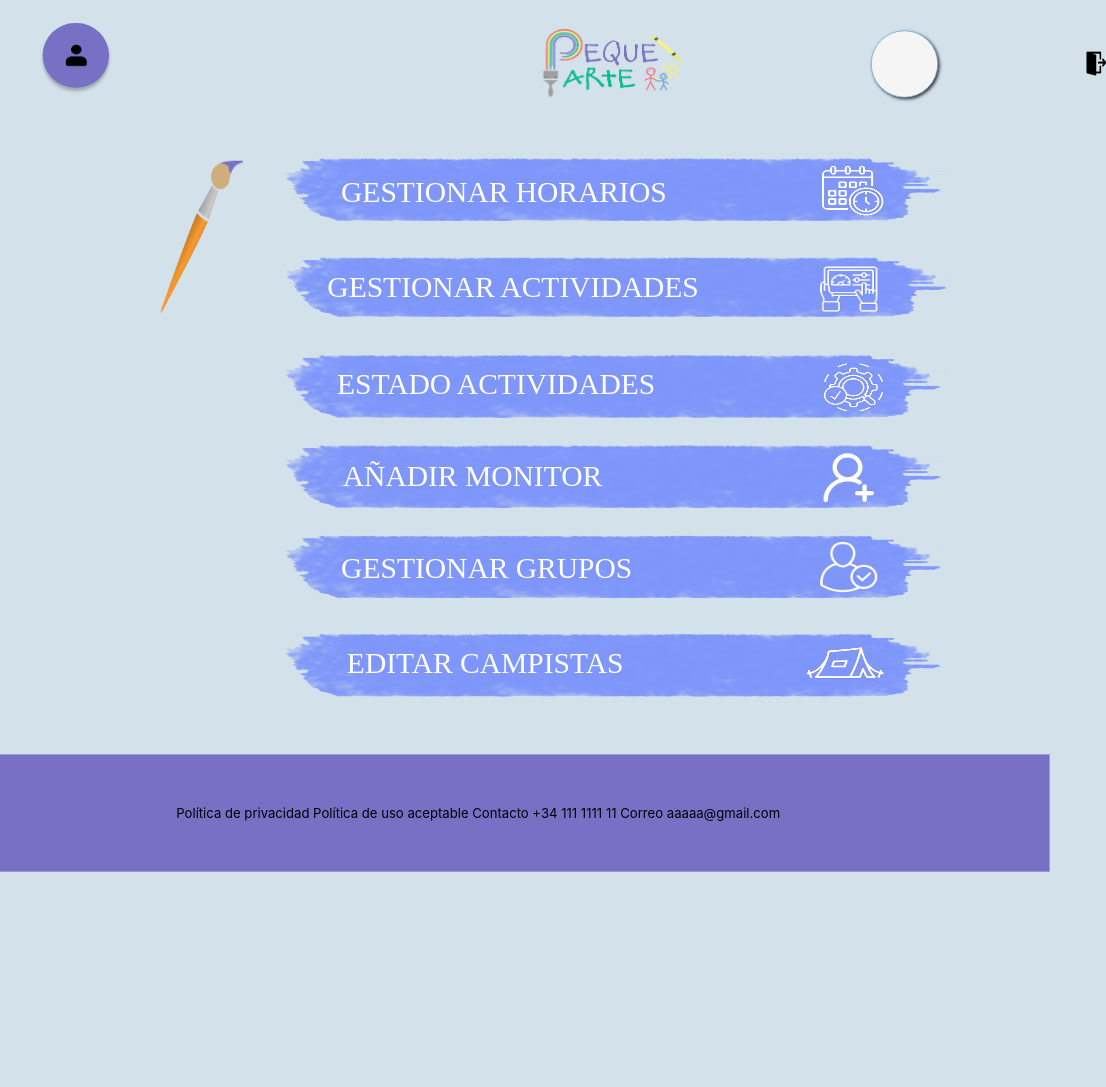
Repository: maariadomiingo/Proyecto-Integrador-Campamento
Page: html/interfaz_coordinador.html
An editor plug-in stored every save of this project. The page is shown before and after the next save, followed by the edit.
The browser window is 1280 px wide. The page is 1349 px wide, so the pictures cover 1349 px, including what lies to the right of the window. The pictures show the whole page, at 82% of full size.

Above is the page before, as saved 2025-02-05 11:46:47.

### html/interfaz_coordinador.html
<!DOCTYPE html>
<html lang="es">
  <head>
    <meta charset="UTF-8" />
    <meta name="viewport" content="width=device-width, initial-scale=1.0" />
    <title>Documento</title>
    <link rel="stylesheet" href="../css/interfaz_coordinador.css" />
  </head>
  <body>
    <div class="contenedor">
      <div class="fondo"></div>
      <div class="circulo"></div>
      <img class="icono-usuario" src="../img/user.png" />
      <div class="circulo-salir"></div>
      <img class="icono-salir" src="../img/cerrar-sesion.png" />
      <div class="pie-de-pagina"></div>
      <div class="texto-pie-de-pagina">
        Política de privacidad Política de uso aceptable Contacto +34 111 1111
        11 Correo aaaaa@gmail.com
      </div>
      <div class="div-vacio"></div>
      <img class="trazo-pincel-1" src="../img/trazo-pincel.png" />
      <img class="trazo-pincel-2" src="../img/trazo-pincel.png" />
      <img class="trazo-pincel-3" src="../img/trazo-pincel.png" />
      <div class="agregar-monitor">
        <div class="texto-agregar-monitor">AÑADIR MONITOR</div>
      </div>
      <img class="icono-añadirMonitor" src="../img/anadir.png" />

      <img class="icono-estado-actividades" src="../img/actividades.png" />
      <img class="trazo-pincel-4" src="../img/trazo-pincel.png" />
      <div class="estado-actividades">
        <div class="texto-estado-actividades">ESTADO ACTIVIDADES</div>

      </div>


      <div class="gestionar-actividades">
        <img class="trazo-pincel-5" src="../img/trazo-pincel.png" />
        <div class="texto-gestionar-actividades">GESTIONAR ACTIVIDADES</div>
       </div>
       <img class="icono-actividades" src="../img/administrar.png" />

      <img class="imagen-rotada" src="../img/pincel.png" />
      <div class="div-vacio-2"></div>

<!--       GESTIONAR HORARIOS-->
       <img class="trazo-pincel-6" src="../img/trazo-pincel.png" class="imagen-horarios" />
      <div class="gestionar-horarios">
        <div class="texto-gestionar-horarios">GESTIONAR HORARIOS</div>
      </div>
      <img class="icono-horario" src="../img/calendario.png" />

      <img class="logo" src="../img/logo sin fondo.png" />
      <img class="icono-campistas" src="../img/campistas.png" />

      <div class="editar-campistas">EDITAR CAMPISTAS</div>

      <div class="gestionar-grupos">GESTIONAR GRUPOS</div>
      <img class="icon-gestionarGrupos" src="../img/pasarlista.png" />
      </div>
    </div>
  </body>
</html>

### css/interfaz_coordinador.css
body {
  margin: 0;
  padding: 0;
  font-family: Arial, sans-serif;
  background: #D3E1EB;
  width: 100%; /* Ocupa el 100% del ancho de la pantalla */
  overflow-x: hidden; /* Evita el desplazamiento horizontal */
}

.circulo {
  width: 81px;
  height: 79px;
  left: 52px;
  top: 28px;
  position: absolute;
  background: #7770C5;
  box-shadow: 0px 4px 4px rgba(0, 0, 0, 0.25);
  border-radius: 9999px;
}

.icono-usuario {
  width: 34px;
  height: 31px;
  left: 76px;
  top: 52px;
  position: absolute;
}

.circulo-salir {
  width: 80px;
  height: 80px;
  left: 83%;
  top: 37px;
  position: absolute;
  /* #F5F5F5; */
  background: #F5F5F5;
  box-shadow: 2px 2px 4px rgba(0, 0, 0, 0.75);
  border-radius: 9999px;
  border: 1px #7AB3D7 solid;
}

.icono-salir {
  width: 24px;
  height: 29px;
  left: 1325px;
  top: 63px;
  position: absolute;
}

.pie-de-pagina {
  width: 100%; /* Ajusta el ancho al 100% del viewport */
  height: 143px;
  left: 0px;
  top: 920px;
  position: absolute;
  background: #7770C5;
}

.texto-pie-de-pagina {
  width: 1009px;
  left: 215px;
  top: 982px;
  position: absolute;
  color: black;
  font-size: 16px;
  font-family: Inter;
  font-weight: 400;
  word-wrap: break-word;
}

.div-vacio {
  width: 407px;
  height: 125px;
  left: 187px;
  top: 300px;
  position: absolute;
}

.trazo-pincel-1,
.trazo-pincel-2,
.trazo-pincel-3,
.trazo-pincel-4,
.trazo-pincel-5,
.trazo-pincel-6 {
  width: 940px;
  height: 400px;
  left: 288px;
  position: absolute;
}

.trazo-pincel-1 { top: 630px; }
.trazo-pincel-2 { top: 510px; }
.trazo-pincel-3 { top: 400px; }
.trazo-pincel-4 { top: 290px; }
.trazo-pincel-5 { top: 510px; }
.trazo-pincel-6 { top: 50px; }

.agregar-monitor {
  width: 955px;
  height: 110px;
  left: 281px;
  top: 516px;
  position: absolute;
}

.agregar-monitor img {
  width: 955px;
  height: 114px;
  left: 0px;
  top: 0px;
  position: absolute;
}

.texto-agregar-monitor {
  width: 455px;
  height: 17.65px;
  left: 137px;
  top: 44px;
  position: absolute;
  color: white;
  font-size: 36px;
  font-family: Montserrat;
  font-weight: 500;
  word-wrap: break-word;
}

.estado-actividades {
  width: 955px;
  height: 114px;
  left: 284px;
  top: 402px;
  position: absolute;
}

.estado-actividades img {
  width: 955px;
  height: 114px;
  left: 0px;
  top: 0px;
  position: absolute;
}

.texto-estado-actividades {
  width: 533px;
  height: 18.30px;
  left: 127px;
  top: 46.41px;
  position: absolute;
  color: white;
  font-size: 36px;
  font-family: Montserrat;
  font-weight: 500;
  word-wrap: break-word;
}

.gestionar-actividades {
  width: 948px;
  height: 134px;
  left: 288px;
  top: 268px;
  position: relative;
}

.gestionar-actividades img {
  width: 948px;
  height: 380px;
  left: 0px;
  top: -90px;
  position: absolute;
}

.texto-gestionar-actividades {
  width: 566.81px;
  height: 21.51px;
  left: 111.19px;
  top: 61.17px;
  position: absolute;
  color: white;
  font-size: 36px;
  font-family: Montserrat;
  font-weight: 500;
  word-wrap: break-word;
}

.imagen-rotada {
  width: 100px;
  height: 185px;
  left: 296px;
  top: 381px;
  position: absolute;
  transform: rotate(180deg);
  transform-origin: 0 0;
}

.div-vacio-2 {
  width: 651px;
  height: 863px;
  left: 670px;
  top: 463px;
  position: absolute;
}

.gestionar-horarios {
  width: 962px;
  height: 128px;
  left: 288px;
  top: 152px;
  position: absolute;
}

.gestionar-horarios img {
  width: 962px;
  height: 128px;
  left: 0px;
  top: 0px;
  position: absolute;
}

.imagen-horarios {
  width: 26px;
  height: 256px;
  left: 674.91px;
  top: 44.25px;
  position: absolute;
}

.texto-gestionar-horarios {
  width: 584.25px;
  height: 20.54px;
  left: 127.93px;
  top: 60.84px;
  position: absolute;
  color: white;
  font-size: 36px;
  font-family: Montserrat;
  font-weight: 500;
  word-wrap: break-word;
}

.icono-horario {
  width: 80px;
  height: 65px;
  left: 1000px;
  top: 200px;
  position: absolute;
}

.icono-actividades {
  width: 80px;
  height: 65px;
  left: 1000px;
  top: 440px;
  position: absolute;
}

.icono-gestionar {
  width: 80px;
  height: 65px;
  left: 1000px;
  top: 200px;
  position: absolute;
}

.icono-estado-actividades {
  width: 70px;
  height: 55px;
  left: 1000px;
  top: 325px;
  position: absolute;
  z-index: 1;
}

.icono-añadirMonitor {
  width: 70px;
  height: 65px;
  left: 1000px;
  top: 550px;
  position: absolute;
}

.icon-gestionarGrupos {
  width: 70px;
  height: 63px;
  left: 1000px;
  top: 660px;
  position: absolute;
}

.logo {
  width: 194px;
  height: 103px;
  left: 647px;
  top: 25px;
  position: absolute;
}

.icono-campistas {
  width: 95px;
  height: 80px;
  left: 983px;
  top: 768px;
  position: absolute;
}

.div-vacio-3 {
  width: 100px;
  height: 100px;
  left: 646px;
  top: 210px;
  position: absolute;
}

.editar-campistas {
  width: 455px;
  height: 60px;
  left: 423px;
  top: 788px;
  position: absolute;
  color: white;
  font-size: 36px;
  font-family: Montserrat;
  font-weight: 500;
  word-wrap: break-word;
}

.gestionar-grupos {
  width: 455px;
  height: 17.65px;
  left: 416px;
  top: 672px;
  position: absolute;
  color: white;
  font-size: 36px;
  font-family: Montserrat;
  font-weight: 500;
  word-wrap: break-word;
}

.rectangulo-pequeno {
  width: 69px;
  height: 70px;
  padding-left: 5.75px;
  padding-right: 5.75px;
  padding-top: 17.50px;
  padding-bottom: 17.50px;
  left: 966px;
  top: 655px;
  position: absolute;
  flex-direction: column;
  justify-content: center;
  align-items: center;
  display: inline-flex;
}

.rectangulo-interno {
  width: 57.50px;
  height: 35px;
  background: white;
}

.imagen-pequena-1 {
  width: 77px;
  height: 78px;
}

.imagen-pequena-2 {
  width: 77px;
  height: 73px;
}

.imagen-pequena-3 {
  width: 46px;
  height: 49px;
}

After the next save:
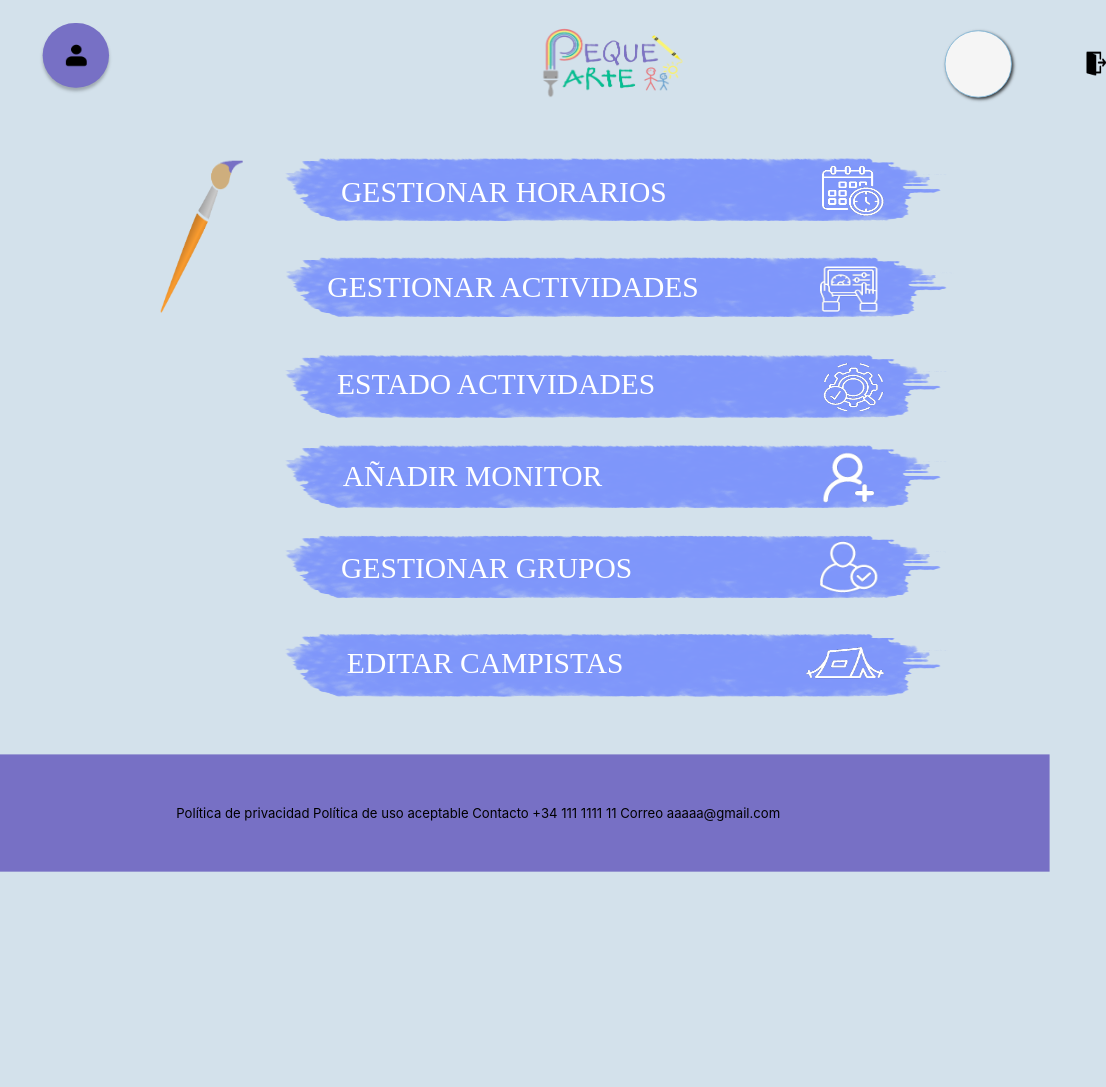
Saved 9 s later.
--- a/css/interfaz_coordinador.css
+++ b/css/interfaz_coordinador.css
@@ -29,7 +29,7 @@ body {
 .circulo-salir {
   width: 80px;
   height: 80px;
-  left: 83%;
+  left: 90%;
   top: 37px;
   position: absolute;
   /* #F5F5F5; */
